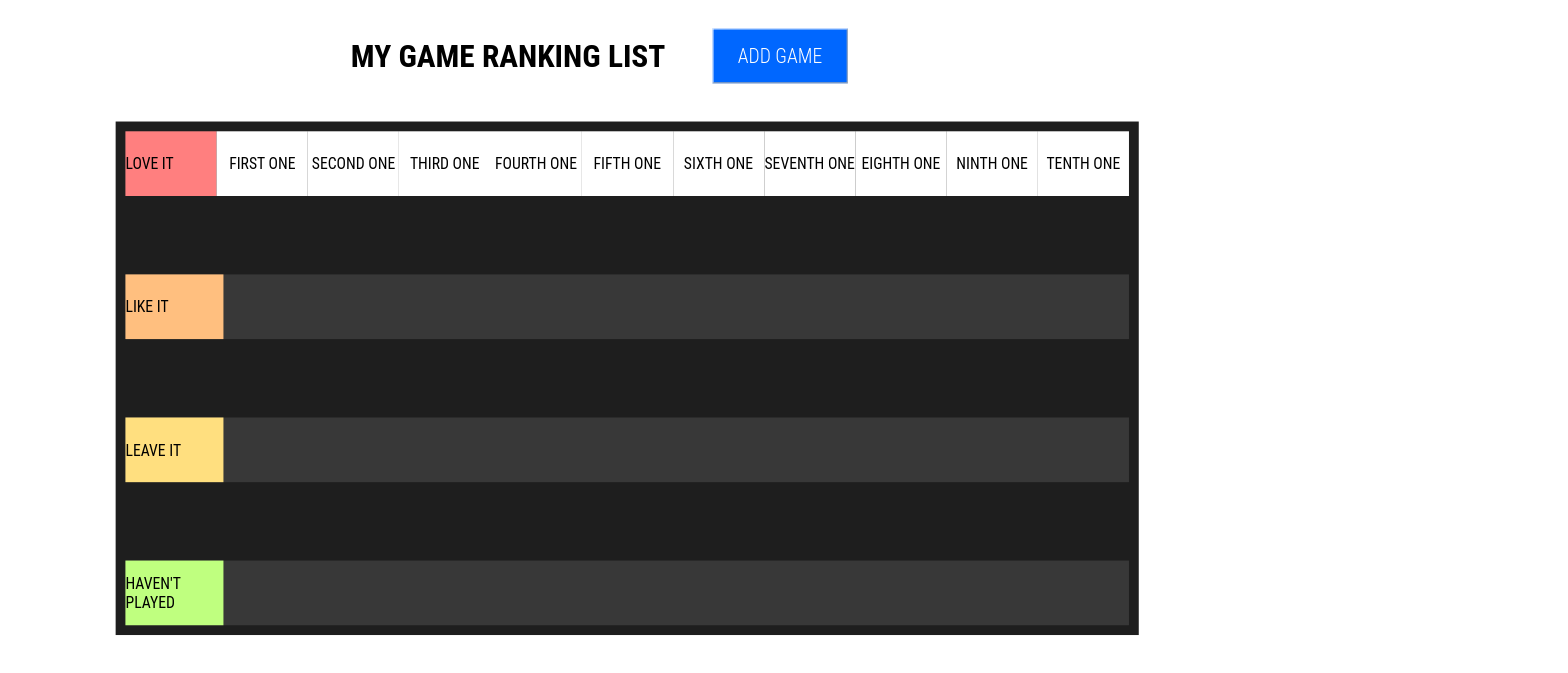
Repository: akiachenise/akiachenise.github.io
Page: JackboxGames_TierList_vanilla/index.html
The author's editor kept a copy of each file at every save. The page is drawn from the files as they stood at one save, then again after the next save.
The browser window is 1280 px wide. The page is 1600 px wide, so the pictures cover 1600 px, including what lies to the right of the window. The pictures show the whole page, at 98% of full size.

Above is the page before, as saved 2022-11-26 18:20:45.

### JackboxGames_TierList_vanilla/index.html
<!DOCTYPE html>
<!--[if lt IE 7]>      <html class="no-js lt-ie9 lt-ie8 lt-ie7"> <![endif]-->
<!--[if IE 7]>         <html class="no-js lt-ie9 lt-ie8"> <![endif]-->
<!--[if IE 8]>         <html class="no-js lt-ie9"> <![endif]-->
<!--[if gt IE 8]>      <html class="no-js"> <!--<![endif]-->
<html lang="en-US">
  <head>
    <meta charset="utf-8" />
    <meta http-equiv="X-UA-Compatible" content="IE=edge" />
    <title>My Game Ranking List</title>
    <meta name="description" content="My Game Ranking" />
    <meta name="viewport" content="width=device-width, initial-scale=1" />
    <link rel="stylesheet" type="text/css" href="css/stylesheet.css" />
    <link rel="stylesheet" href="https://fonts.googleapis.com/css2?family=Roboto&display=swap">
  </head>
  <body>
    <!--[if lt IE 7]>
      <p class="browsehappy">
        You are using an <strong>outdated</strong> browser. Please
        <a href="#">upgrade your browser</a> to improve your experience.
      </p>
    <![endif]-->
    <span class="headerContainer">
        <h1>My Game Ranking List</h1>
        <button id="addCard" class="add">Add Game</button>
    </span>
    <div id="board">
        <div class = "row">
            <div class = "label">Love It</div>
            <div class="card" id="first" draggable="true">first one</div>
            <div class="card" id="second" draggable="true">second one</div>
            <div class="card" id="third" draggable="true">third one</div>
            <div class="card" id="fourth" draggable="true">fourth one</div>
            <div class="card" id="fifth" draggable="true">fifth one</div>
            <div class="card" id="sixth" draggable="true">sixth one</div>
            <div class="card" id="seventh" draggable="true">seventh one</div>
            <div class="card" id="eighth" draggable="true">eighth one</div>
            <div class="card" id="ninth" draggable="true">ninth one</div>
            <div class="card" id="ninth" draggable="true">tenth one</div>

        </div>
        <div class = "row">
            <div class = "label">Like It</div>
        </div>
        <div class = "row">
            <div class = "label">Leave It</div>
        </div>
        <div class = "row">
            <div class = "label">Haven't Played</div>
        </div>

    </div>


    <script src="js/cards.js" async defer></script>
    <script src="js/rows.js" async defer></script>
  </body>
</html>

### JackboxGames_TierList_vanilla/css/stylesheet.css
body {
    font-family: 'Roboto Condensed', Sans-serif;
    text-transform: uppercase;
    margin: 0;
    display: flex;
    flex-direction: column;
    align-items: center;
    justify-content: center;
}

.headerContainer {
    display: flex;
    width: 100vw;
    align-items: center;
    padding-left: 40rem;

}

h1 {
    text-transform: uppercase;
    margin: 2.375rem;
}


button {
    font-family: 'Roboto Condensed', Sans-serif;
    font-weight: 100;
    font-size: 20px;
    text-transform: uppercase;
    border-width: 1px 1px 1px 1px;
    border-radius: 0px 0px 0px 0px;
    border-color: white;
    color: white;
    background: rgba(0,103,255,1);
    padding: 15px 25px 15px 25px;
    margin: 10px;



}

#board {
    display: flex;
    flex-direction: column;
    align-items: center;
    justify-content: space-between;
    margin-top: 10px;
    padding: 10px;
    width: 80vw;
    height: 70vh;
    background-color: rgb(30, 30, 30);
}

.row {
    display: flex;
    width: 100%;
    height: 13%;
    background-color: rgb(56, 56, 56);
}

.label {
    display: flex;
    justify-content: left;
    align-items: center;
    height: 100%;
    width: 100px;

}

.card {
    height: 100%;
    width: 100px;
    display: flex;
    justify-content: center;
    align-items: center;
    background-color: white;
}

### JackboxGames_TierList_vanilla/js/cards.js
const cards = document.querySelectorAll('.card');

const onDragStart = (event) => {
    console.log('dragging the element');
    event.dataTransfer.setData('id', event.target.id);
    setTimeout(() => {
        event.target.style.visibility = 'hidden';
    }, 50)
}

const onDragEnd = (event) => {
    event.target.style.visibility = 'visible';
    console.log('ended the drag');
}

cards.forEach((card) => {
    card.ondragstart = onDragStart;
    card.ondragend = onDragEnd;


})

### JackboxGames_TierList_vanilla/js/rows.js
const rows = document.querySelectorAll('.row');
const colorRanks = ['rgb(255, 127, 127)', 'rgb(255, 191, 127)', 'rgb(255, 223, 127)' , 'rgb(191, 255, 127)'];

const onDragOver = (event) => {
    event.preventDefault();
}

const onDrop = (event) => {
   event.preventDefault();
   const draggedCardId = event.dataTransfer.getData('id');
   const draggedCard = document.getElementById(draggedCardId);
   event.target.appendChild(draggedCard);
   console.log('dropped the element');
}

rows.forEach((row, index) => {
    const label = row.querySelector('.label');
    label.style.backgroundColor = colorRanks[index];
    row.ondragover = onDragOver;
    row.ondrop = onDrop;
})

After the next save:
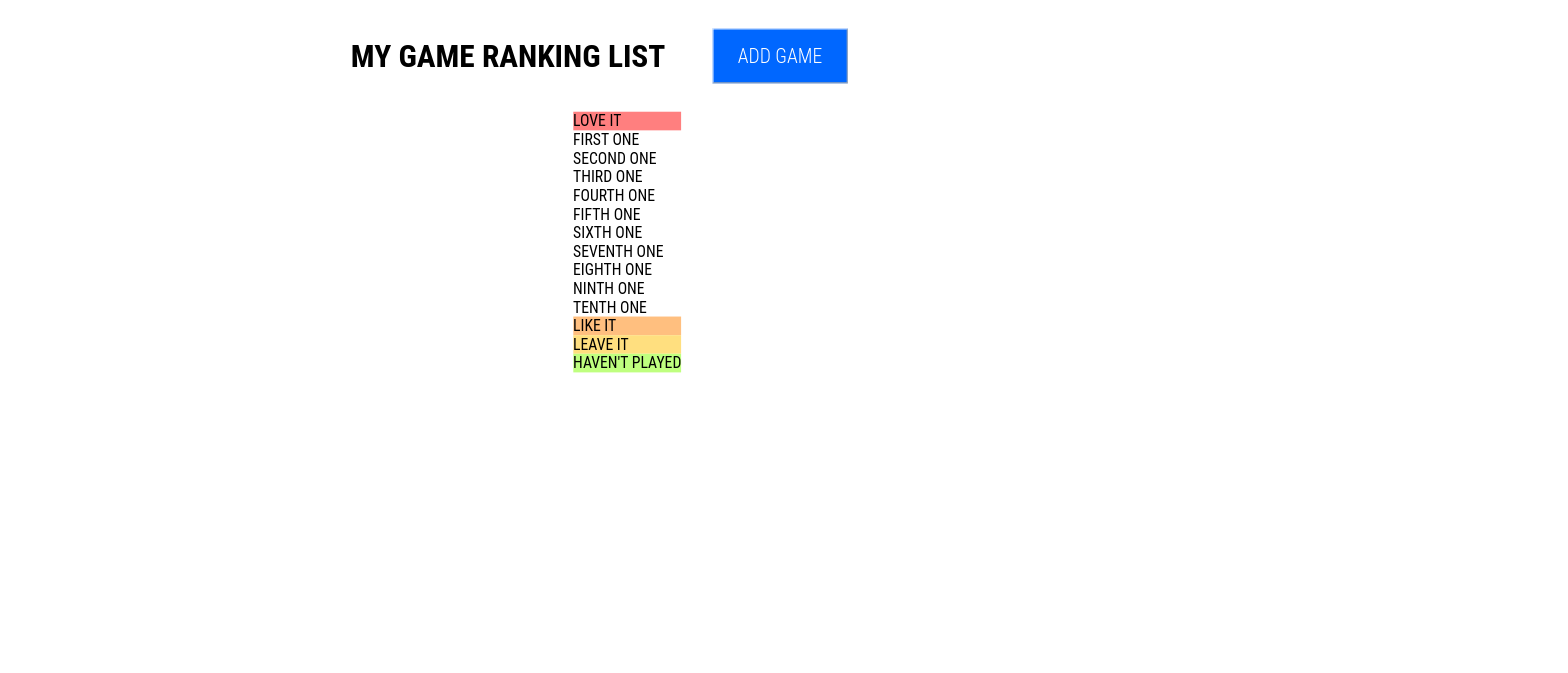
Saved 3 min 55 s later.
--- a/JackboxGames_TierList_vanilla/css/stylesheet.css
+++ b/JackboxGames_TierList_vanilla/css/stylesheet.css
@@ -34,10 +34,10 @@
     background: rgba(0,103,255,1);
     padding: 15px 25px 15px 25px;
     margin: 10px;
-
-
-
 }
+button hover {
+    background-color: #000000;
+    color: white;
 
 #board {
     display: flex;

After the save that followed:
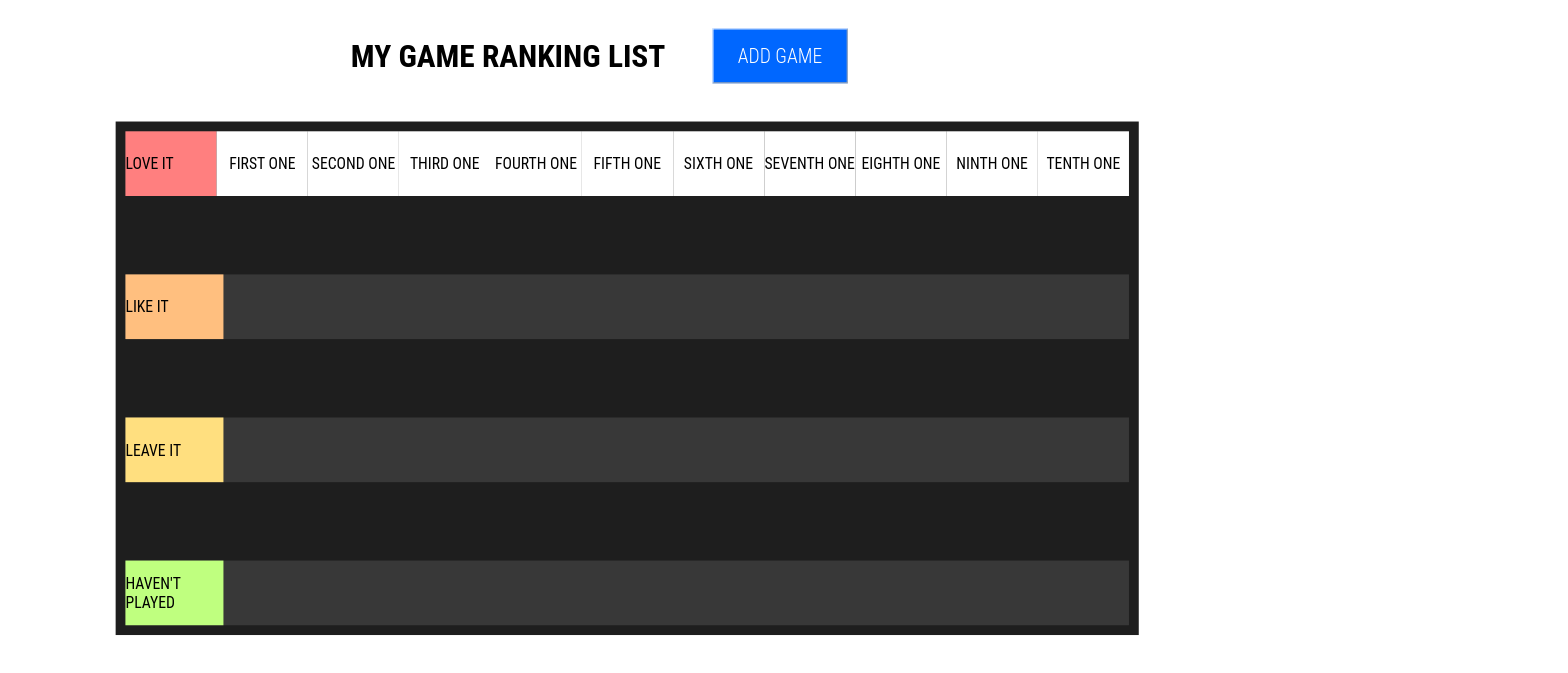
Saved 41 s later.
--- a/JackboxGames_TierList_vanilla/css/stylesheet.css
+++ b/JackboxGames_TierList_vanilla/css/stylesheet.css
@@ -35,9 +35,10 @@
     padding: 15px 25px 15px 25px;
     margin: 10px;
 }
-button hover {
+button:hover {
     background-color: #000000;
     color: white;
+}
 
 #board {
     display: flex;
